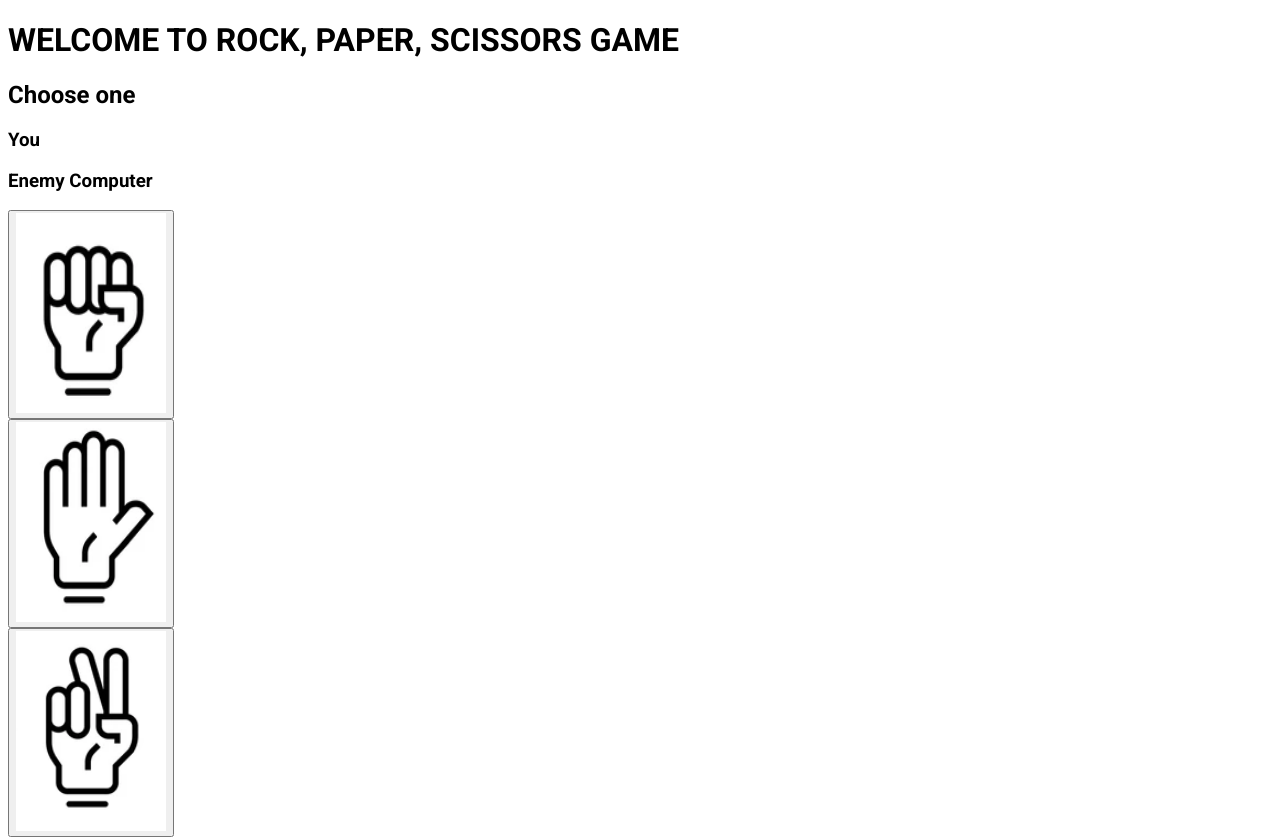
Repository: xhide341/rock_paper_scissor
Page: index.html
The author's editor kept a copy of each file at every save. The page is drawn from the files as they stood at one save, then again after the next save.
The browser window is 1280 px wide. The pictures show the whole page.

Above is the page before, as saved 2024-06-21 19:07:46.

After the next save:
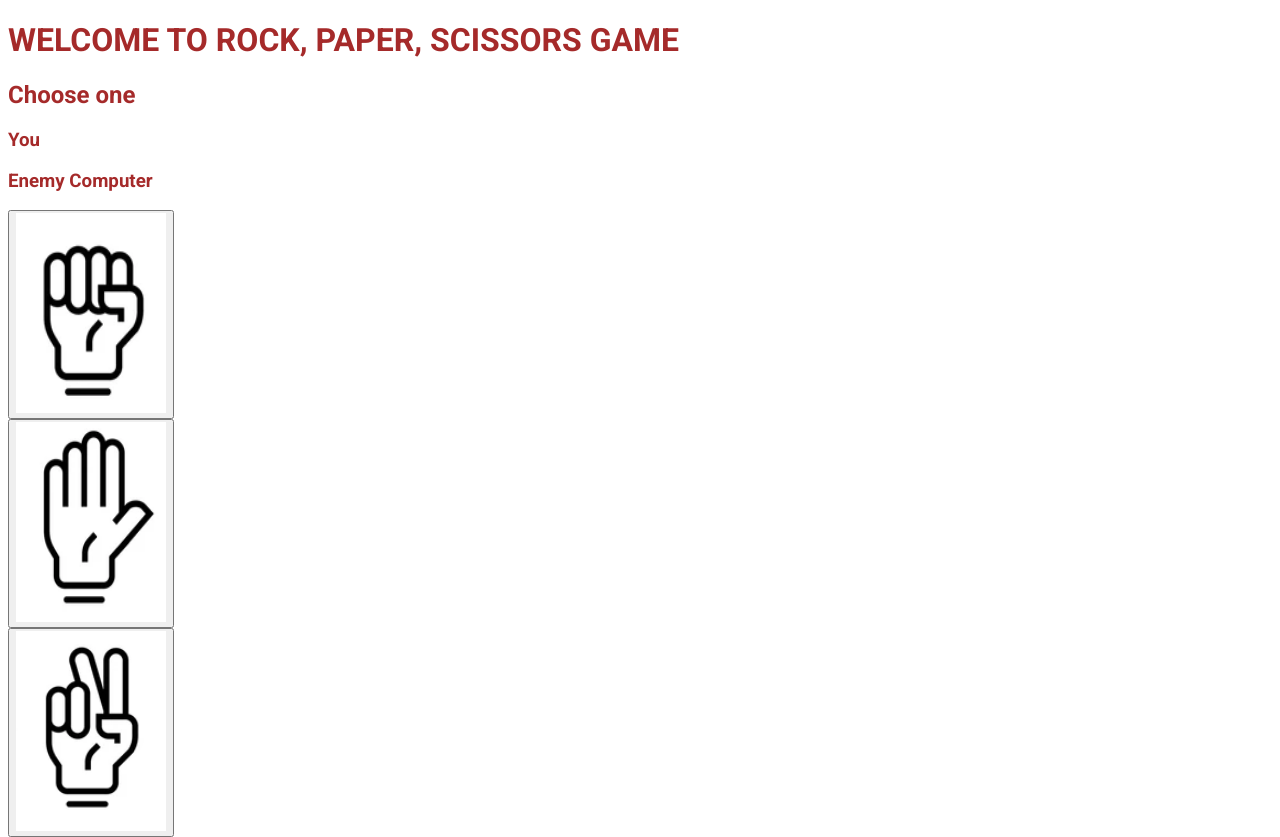
Saved 13 s later.
--- a/style.css
+++ b/style.css
@@ -1,6 +1,7 @@
 body {
     height: 100vh;
     background: white;
+    color: brown;
     font-family: "Roboto", sans-serif;
 }
 

After the save that followed:
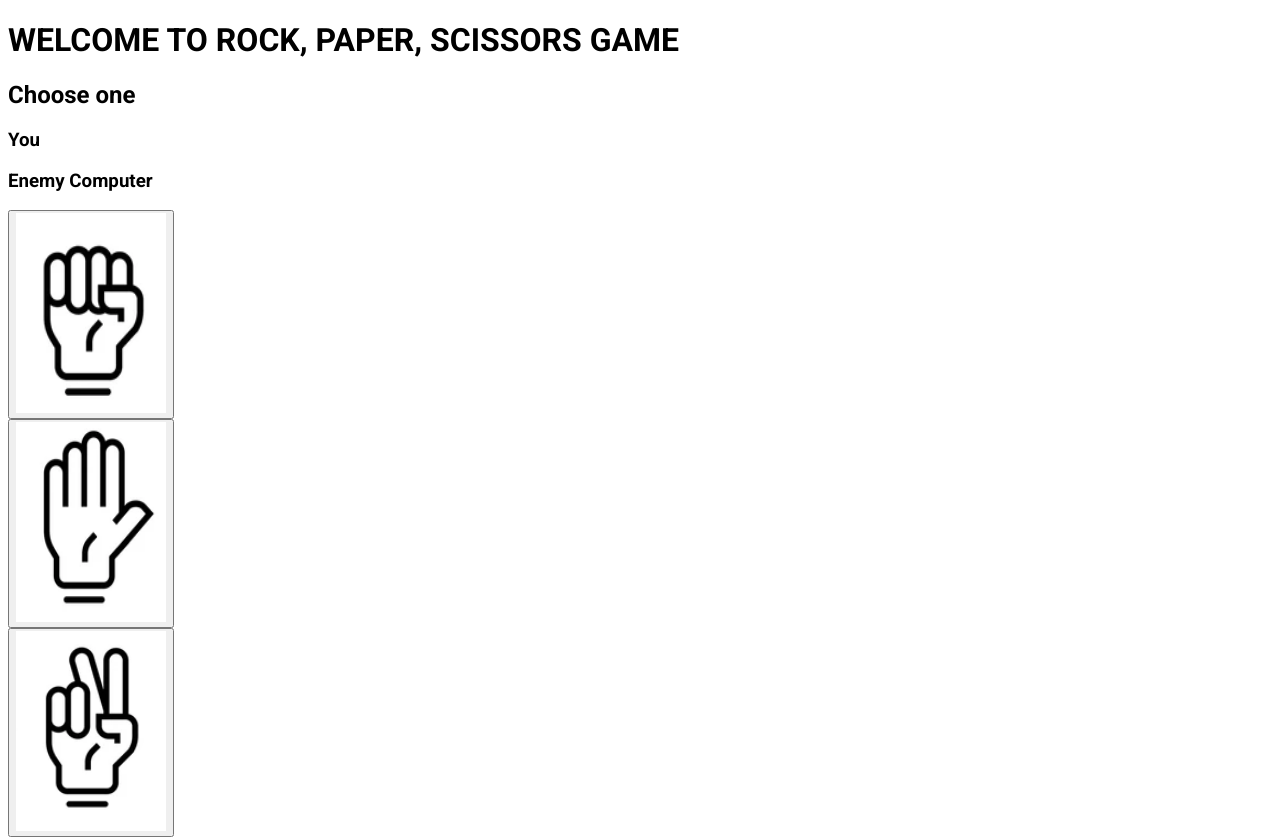
Saved 6 s later.
--- a/style.css
+++ b/style.css
@@ -1,7 +1,7 @@
 body {
     height: 100vh;
     background: white;
-    color: brown;
+    color: black;
     font-family: "Roboto", sans-serif;
 }
 
